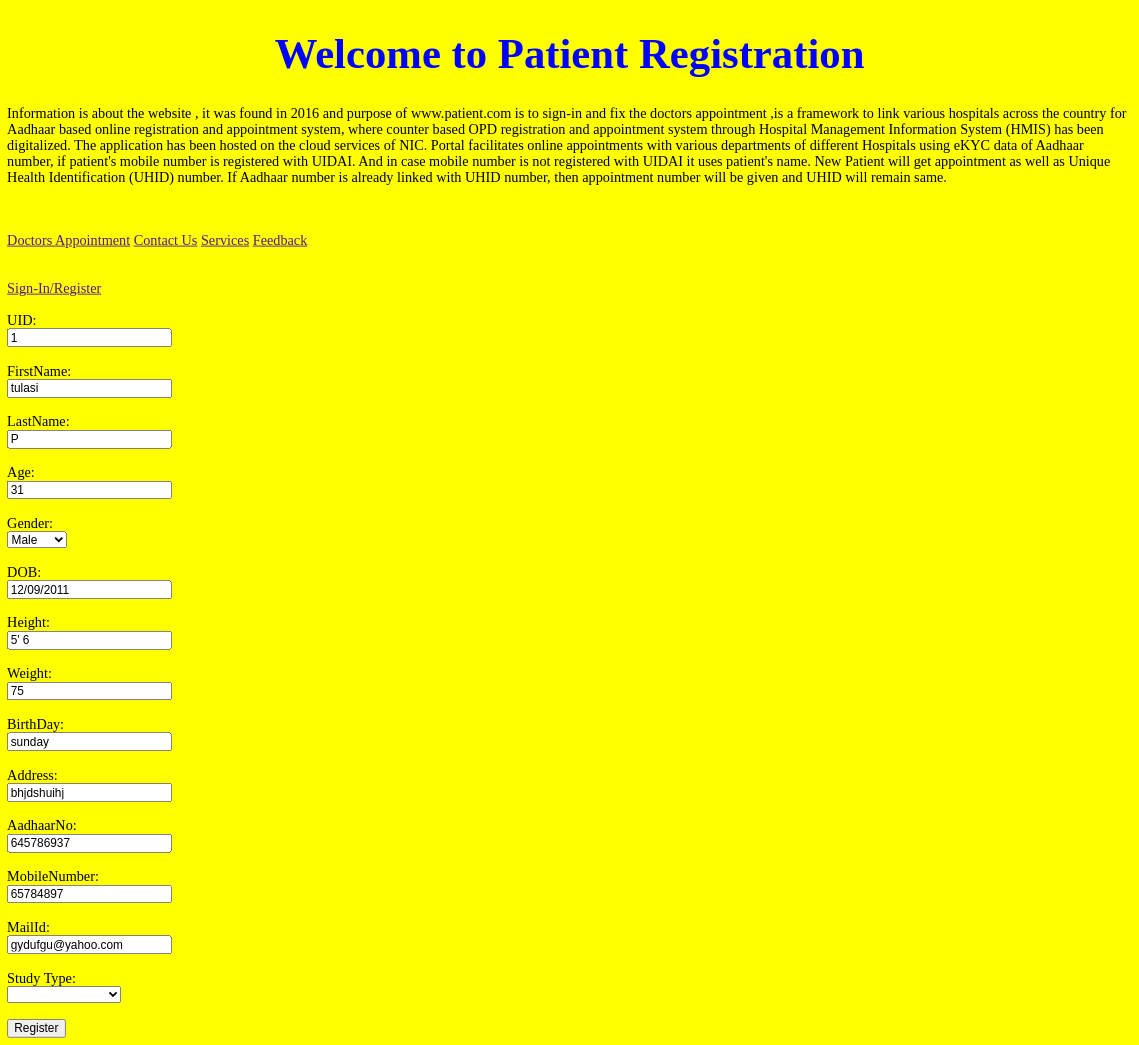
Repository: TulasiP/PE
Page: http://localhost/patientexplorer/
These files come from the project's save history. The page is drawn as it stood at one moment and after the next save; the edit follows.
The browser window is 1280 px wide. The pictures show the whole page, at 89% of full size.
The page is served by Tomcat 9. Other server files are loaded and not shown.

Above is the page before, as saved 2016-11-08 10:16:32.

### SourceCode/J2EE/patientexplorer/WebContent/patientdata.jsp
<%@ page language="java" contentType="text/html; charset=ISO-8859-1"
    pageEncoding="ISO-8859-1" %>
<!DOCTYPE html PUBLIC "-//W3C//DTD HTML 4.01 Transitional//EN" "http://www.w3.org/TR/html4/loose.dtd">
<html>
<head>
<meta http-equiv="Content-Type" content="text/html; charset=ISO-8859-1">
<title>patient</title>
</head>
<body style="background-color:yellow;">
<h1 style="color:blue;font-size:300%;text-align:center;"> Welcome to Patient Registration</h1>
<p style="text-align:left;"> Information is about the website , it was found in 2016 and purpose of www.patient.com is to sign-in and fix the doctors appointment ,is a framework to link various hospitals across the country for Aadhaar based online registration and appointment system, where counter based OPD registration and appointment system through Hospital Management Information System (HMIS) has been digitalized. The application has been hosted on the cloud services of NIC. Portal facilitates online appointments with various departments of different Hospitals using eKYC data of Aadhaar number, if patient's mobile number is registered with UIDAI. And in case mobile number is not registered with UIDAI it uses patient's name. New Patient will get appointment as well as Unique Health Identification (UHID) number. If Aadhaar number is already linked with UHID number, then appointment number will be given and UHID will remain same.</p>
<br><br>
<a href="">Doctors Appointment</a>
<a href="">Contact Us</a>
<a href="">Services</a>
<a href="">Feedback</a>
<br><br><br>
<a href="">Sign-In/Register</a>
<br><br>
<form action="patientservlet">

UID:<br><input type="text" name="uid" value=1>
<br><br>
FirstName:<br><input type="text" name="firstname" value="tulasi">
  <br><br>
LastName:<br><input type="text" name="lastname" value=P>
  <br><br>
Age:<br><input type="text" name="age" value=31>
<br><br>
Gender:<br><select name="gender" >
  <option value="Male">Male</options>
  <option value="Female">Female</option>
  <option value="Others">Others</option>
  <option value=""></options>
  </select>
  <br><br>
DOB:<br><input type="text" name="dob" value=12/09/2011>
<br><br>
Height:<br><input type="text" name="height" value= "5' 6"" >
<br><br>
Weight:<br><input type="text" name="weight" value=75>
<br><br>
BirthDay:<br><input type="text" name="birthday" value=sunday>
<br><br>
Address:<br><input type="text" name="address" value=bhjdshuihj>
<br><br>
AadhaarNo:<br> <input type="text" name="aadhaarno" value=645786937>
<br><br>
MobileNumber:<br><input type="text" name="mobilenumber" value=65784897>
  <br><br>
MailId:<br><input type="text" name="mailid" value=gydufgu@yahoo.com>
  <br><br>
Study Type:<br>
<select name=studytype>
ObservableList<String> items =FXCollections.observableArrayList("Coronary", "Pediatric", "Electrophysiology");
 studytypeText=new ComboBox<String>(items);
 studytypeText.getSelectionModel().selectFirst();
	<option></options>
	<option>Coronary</options>
	<option>Pediatric</option>
	<option>ElectroPhysiology</option>
</select>
 <br><br>
  <input type="submit" value="Register">
</form>
</body>
</html>

After the next save:
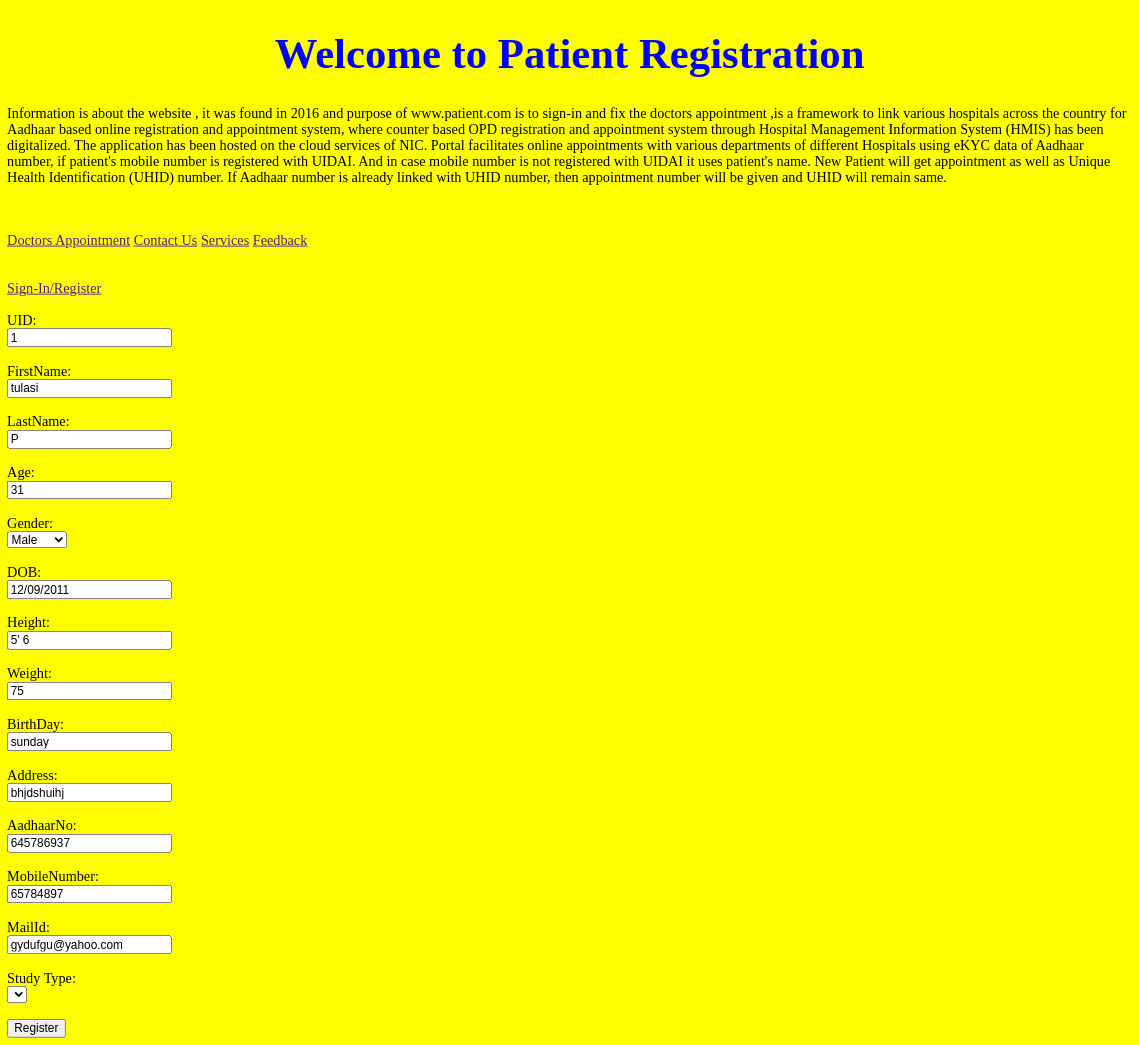
Saved 35 s later.
--- a/SourceCode/J2EE/patientexplorer/WebContent/patientdata.jsp
+++ b/SourceCode/J2EE/patientexplorer/WebContent/patientdata.jsp
@@ -55,10 +55,7 @@
 ObservableList<String> items =FXCollections.observableArrayList("Coronary", "Pediatric", "Electrophysiology");
  studytypeText=new ComboBox<String>(items);
  studytypeText.getSelectionModel().selectFirst();
-	<option></options>
-	<option>Coronary</options>
-	<option>Pediatric</option>
-	<option>ElectroPhysiology</option>
+
 </select>
  <br><br>
   <input type="submit" value="Register">

After the save that followed:
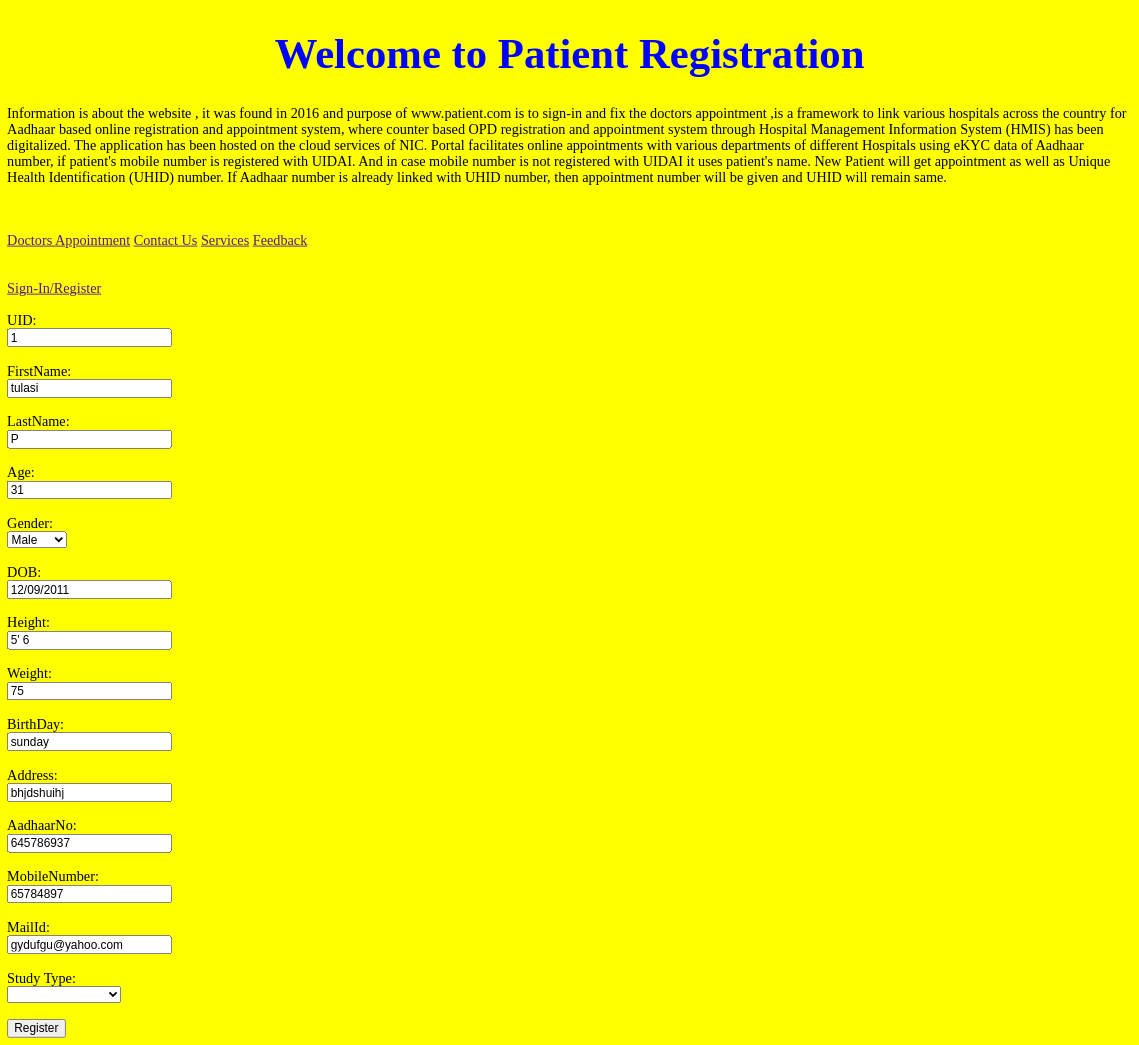
Saved 8 min 14 s later.
--- a/SourceCode/J2EE/patientexplorer/WebContent/patientdata.jsp
+++ b/SourceCode/J2EE/patientexplorer/WebContent/patientdata.jsp
@@ -52,10 +52,10 @@
   <br><br>
 Study Type:<br>
 <select name=studytype>
-ObservableList<String> items =FXCollections.observableArrayList("Coronary", "Pediatric", "Electrophysiology");
- studytypeText=new ComboBox<String>(items);
- studytypeText.getSelectionModel().selectFirst();
-
+	<option></options>
+	<option>Coronary</options>
+	<option>Pediatric</option>
+	<option>ElectroPhysiology</option>
 </select>
  <br><br>
   <input type="submit" value="Register">
